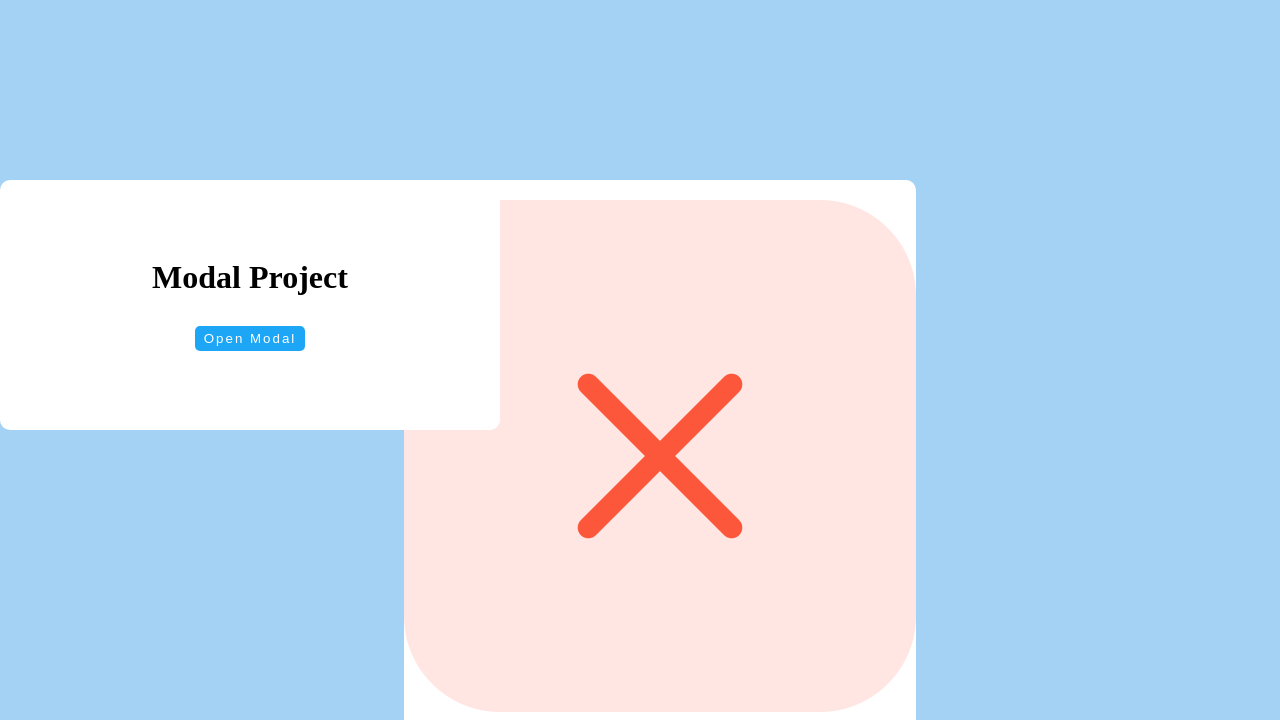
Repository: Trapti10/20-js-practice-projects-in-7-days-challenge
Page: Project_4_Modal_Project/index.html
The author's editor kept a copy of each file at every save. The page is drawn from the files as they stood at one save, then again after the next save.
The browser window is 1280 px wide. The pictures show the whole page.

Above is the page before, as saved 2025-11-24 14:10:10.

### Project_4_Modal_Project/index.html
<!DOCTYPE html>
<html lang="en">
<head>
    <meta charset="UTF-8">
    <meta name="viewport" content="width=device-width, initial-scale=1.0">
    <title>Modal Project</title>
    <link rel="stylesheet" href="style.css">
</head>
<body>
    <div class="hero">
     <div class="bg-img"  background-img>

    </div>
    <div class="card">
        <h1>Modal Project</h1>

        <button class="Open">
            Open Modal
        </button>
       </div>
       </div>
       <div class="modal-overlay">
        <div class="madal-container">
            <header></header>
            <img src="assests/close.png" alt="">
            <div class="modalContent">
                <h1>Modal Content</h1>
            </div>
            <footer></footer>
        </div>
       </div>
    <script src="script.js"></script>
</body>
</html>

### Project_4_Modal_Project/style.css
*{
    margin: 0;
    padding: 0;
}
.hero{
    place-items: center;
}
.bg-img{
    height: 100vh;
    background-position: center center;
    background-repeat: no-repeat;
    position: relative;
    background-size: max(2200px, 100vw);
    background-image: url("https://png.pngtree.com/thumb_back/fh260/background/20230714/pngtree-simplicity-in-blue-a-living-room-interior-design-with-decor-and-image_3888158.jpg");
    background-repeat: no-repeat;
    align-items: center;
    margin-top: 0;
    align-items: center;

}

.card{
    position: absolute;
    top: 25%;
    background: white;
    min-height: 250px;
    min-width: 500px;
    display: flex;
    justify-content: center;
    align-items:center ;
    flex-direction: column;
    border: none;
    border-radius: 10px;
    gap: 30px;
}

button{
    height: 25px;
    width: 110px;
    color: white;
    background: rgb(29, 166, 246);
    border: none;
    letter-spacing: 2px;
    border-radius: 5px;
    padding: 0 4px;
}

button:hover{
    background: transparent;
    color: black;
    border: 2px solid rgb(29, 166, 246);
}

.modal-overlay{
    background: rgba(73, 166, 233, 0.5);
    position: fixed;
    top: 0;
    left: 0;
    width: 100%;
    height: 100%;
    place-items:center;
    display: grid;
    transition: 400ms ease;
    padding: 35px 20px;
    visibility: visible;
     z-index: -10;
}

.madal-container{
    position: absolute;
    top: 25%;
    background: white;
    min-height: 250px;
    min-width: 500px;
    position: fixed;
    display: flex;
    justify-content: center;
    align-items:center ;
    flex-direction: column;
    border: none;
    border-radius: 10px;
    gap: 20px;
}

/* .madal-container img{
    height: 20px;
    right: 0;
    margin-left: 400px ;
    margin-top: 0px;
} */

header{
    /* position: absolute;
    top: 0px;
    height: 10px;
    width: 100%;
    background: rgba(159, 225, 252, 0.84); */
}

Loaded but not shown: Project_4_Modal_Project/script.js (no stored copy; drawn as an empty file)

After the next save:
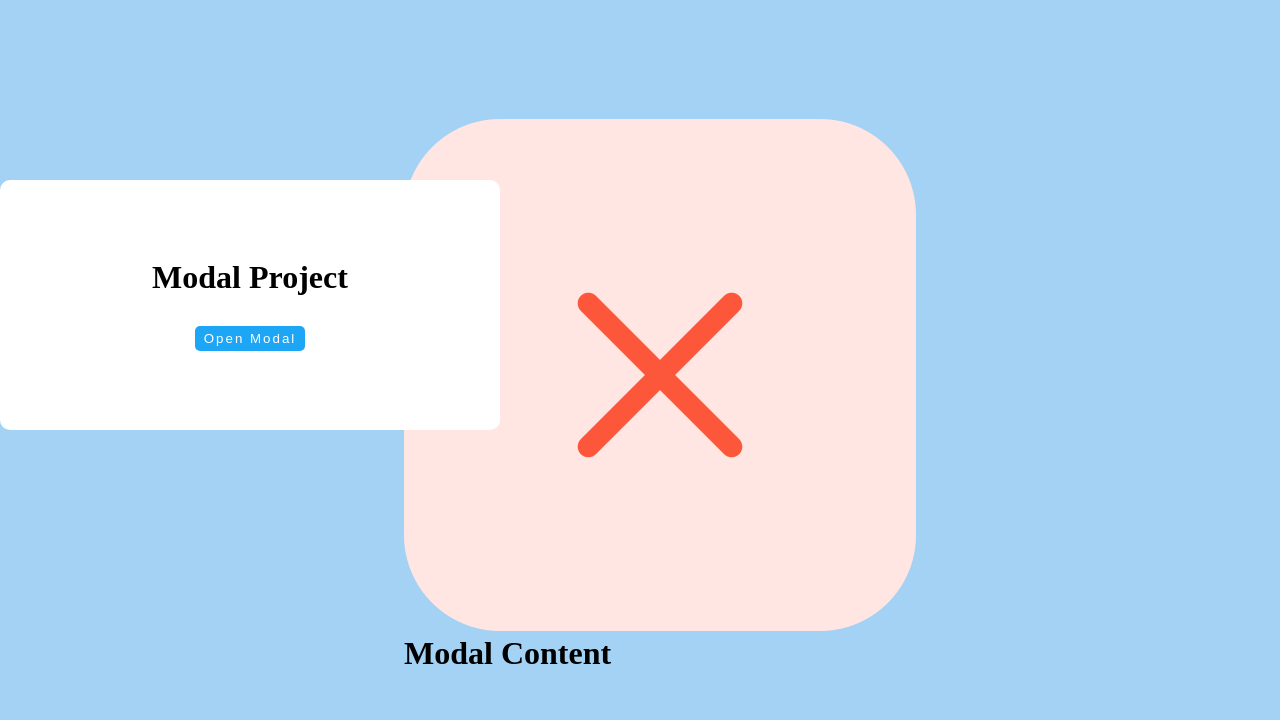
Saved 4 s later.
--- a/Project_4_Modal_Project/style.css
+++ b/Project_4_Modal_Project/style.css
@@ -66,7 +66,7 @@ button:hover{
      z-index: -10;
 }
 
-.madal-container{
+/* .madal-container{
     position: absolute;
     top: 25%;
     background: white;
@@ -80,7 +80,7 @@ button:hover{
     border: none;
     border-radius: 10px;
     gap: 20px;
-}
+} */
 
 /* .madal-container img{
     height: 20px;
